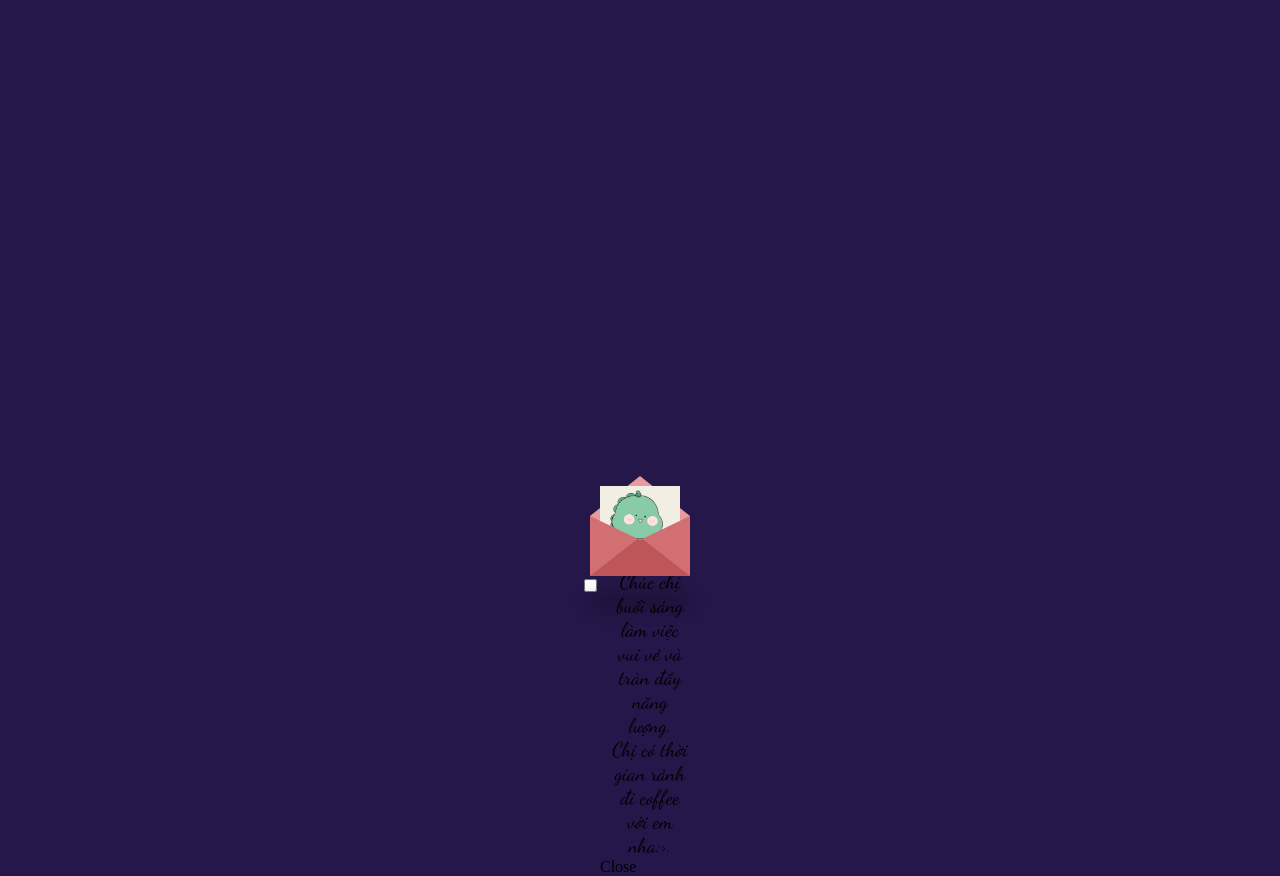
Repository: Dangtrinh28/letter
Page: index.html
These files come from the project's save history. The page is drawn as it stood at one moment and after a run of saves; the edit follows.
The browser window is 1280 px wide. The pictures show the whole page.

Above is the page before, as saved 2022-12-15 23:53:56.

After the next 3 saves:
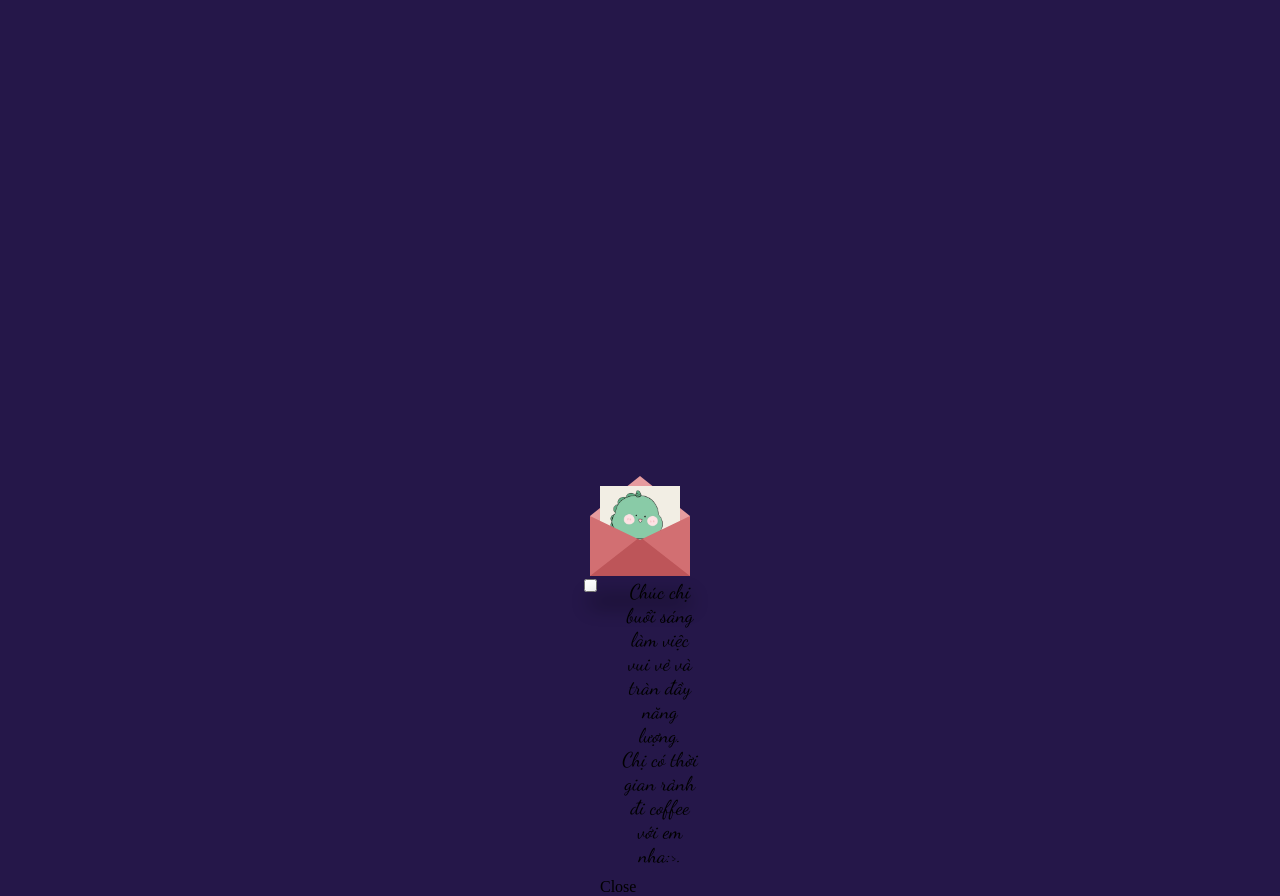
The 3 saves are shown as one change because they came seconds apart.
The last was saved 8 s later.
--- a/main.css
+++ b/main.css
@@ -97,5 +97,5 @@ input:checked ~ .content {
     font-size: 20px;
     font-family: 'Dancing Script', cursive;
     font-weight: 400;
-    padding: 0 10px;
+    padding: 10px 20px;
 }
